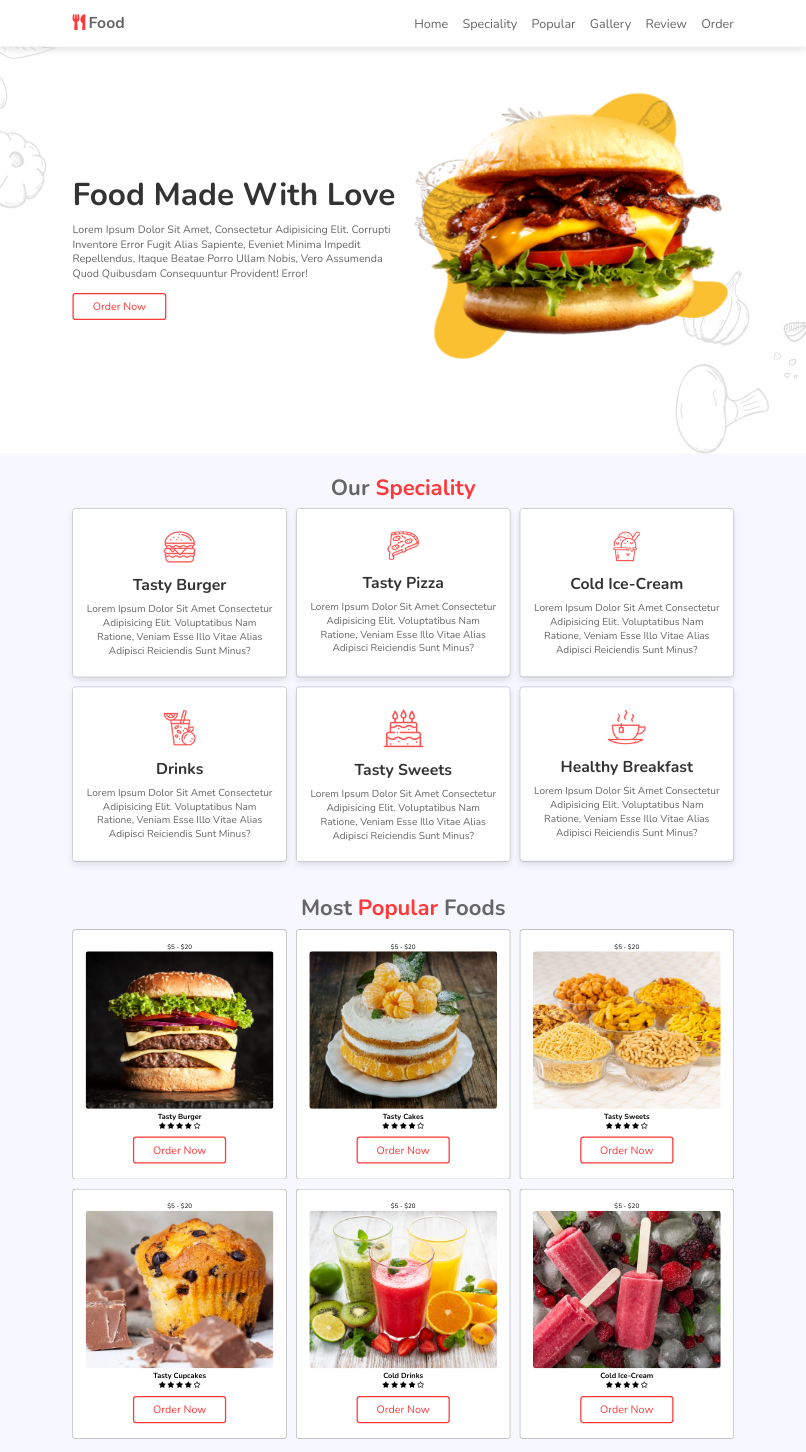
Repository: ManhTanVN/food
Page: index.html
These files come from the project's save history. The page is drawn as it stood at one moment and after the next save; the edit follows.
The browser window is 1280 px wide. The pictures show the whole page, at 63% of full size.
The style sheet was rebuilt from its Sass, Less or Tailwind sources for each picture, by a compiler version that may differ from the author's.

Above is the page before, as saved 2021-08-29 16:53:04.

After the next save:
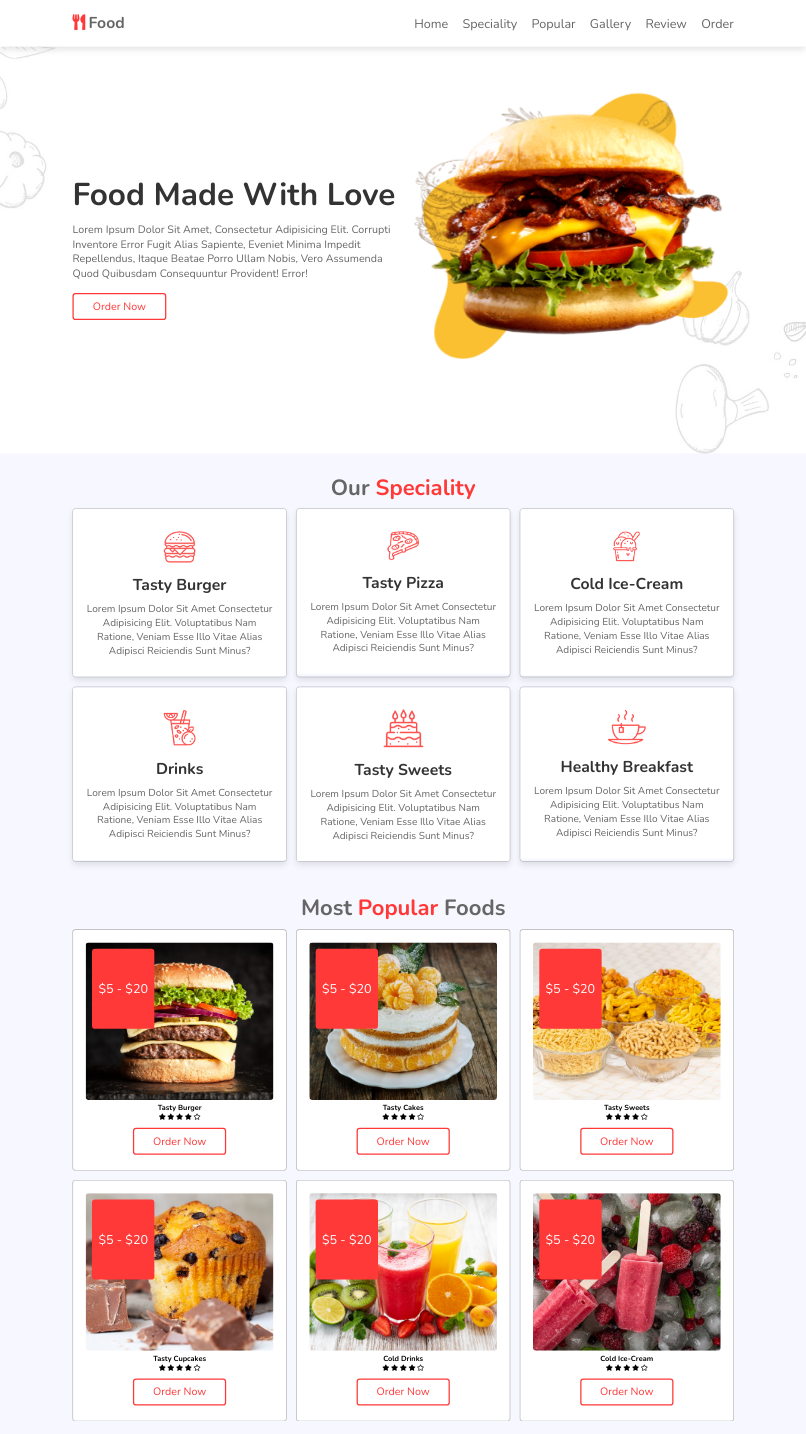
Saved 2 min 22 s later.
--- a/sass/_popular.scss
+++ b/sass/_popular.scss
@@ -16,6 +16,16 @@
                 width: 100%;
                 border-radius: inherit;
             }
+
+            &__price {
+                position: absolute;
+                top: 3rem; left: 3rem;
+                background: $color-red;
+                color: #fff;
+                font-size: 2rem;
+                padding: 5rem 1rem;
+                border-radius: inherit;
+            }
         }
     }
 }
